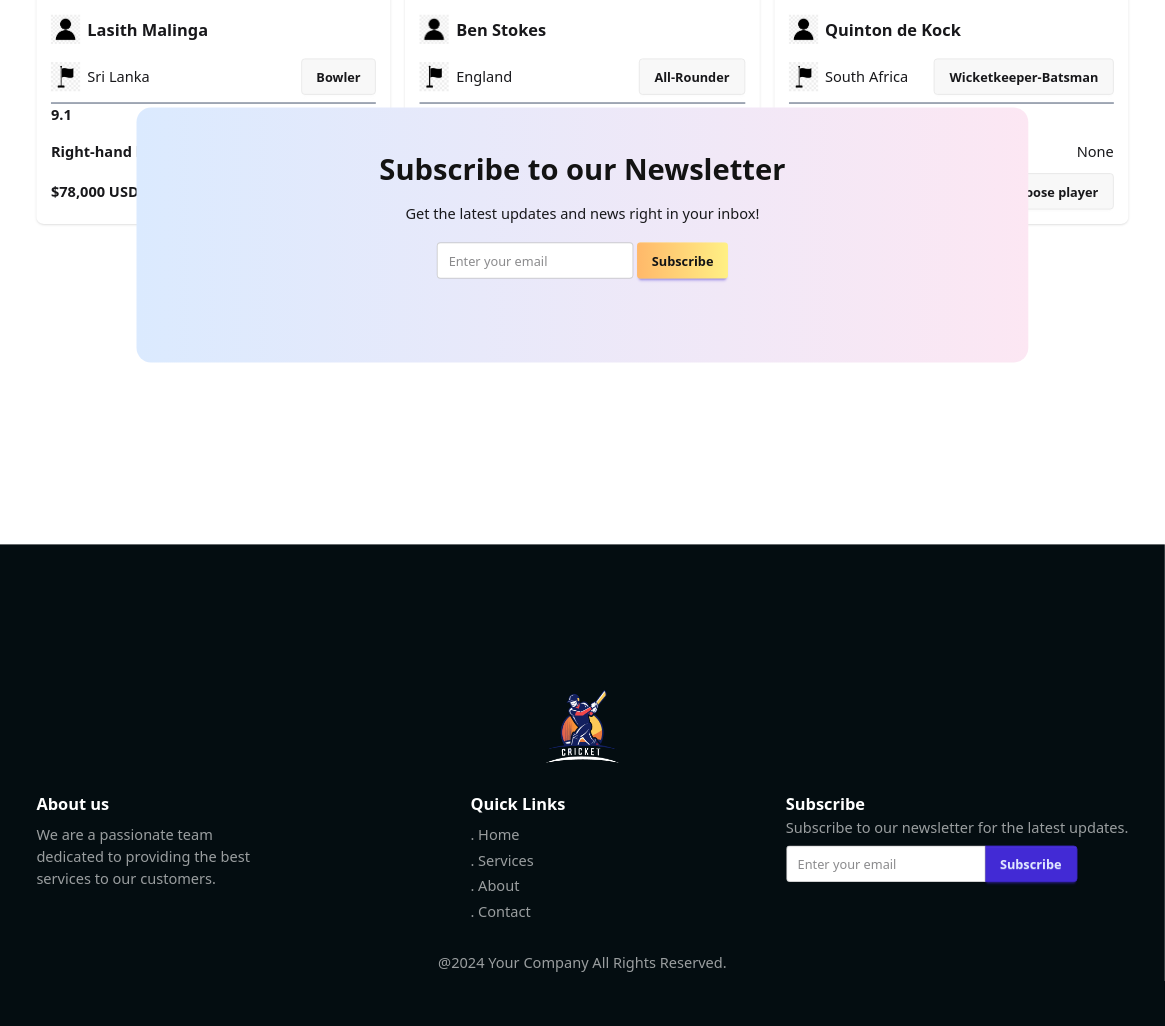
Repository: SanjidaSnigdha/Select-your-eleven
Page: /
An editor plug-in stored every save of this project. The page is shown before and after the next save, followed by the edit.
The browser window is 1280 px wide. The pictures show the part of the page from y = 2831 to 3959 px (the page is 3959 px tall before and 3879 px after), at 91% of full size.
The project was rebuilt for these pictures with package versions that can differ from the ones it lists, and the page was loaded fresh each time. Also part of the build but not shown: vite.config.js, src/App.css, src/components/SelectedCard/SelectedCard.jsx, src/components/SelectedPlayers/SelectedPlayers.jsx.

Above is the page before, as saved 2026-03-23 02:47:17.

After the next save:
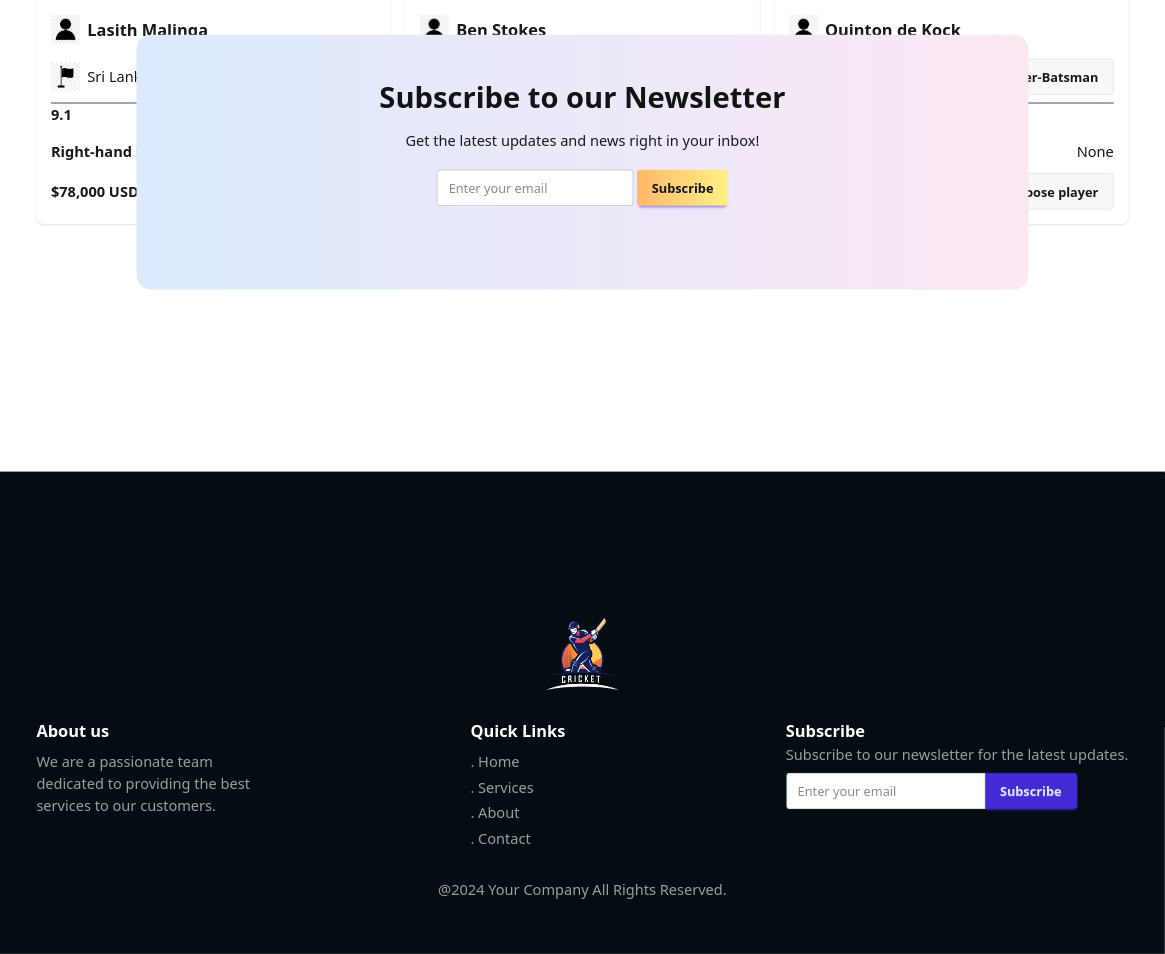
Saved 27 s later.
--- a/src/App.jsx
+++ b/src/App.jsx
@@ -55,7 +55,7 @@
 
 
       <ToastContainer></ToastContainer>
-      <div className='relative mt-20'>
+      <div className='relative'>
         <div className='-mt-52'>
               <NewsLetter></NewsLetter>
               </div>
